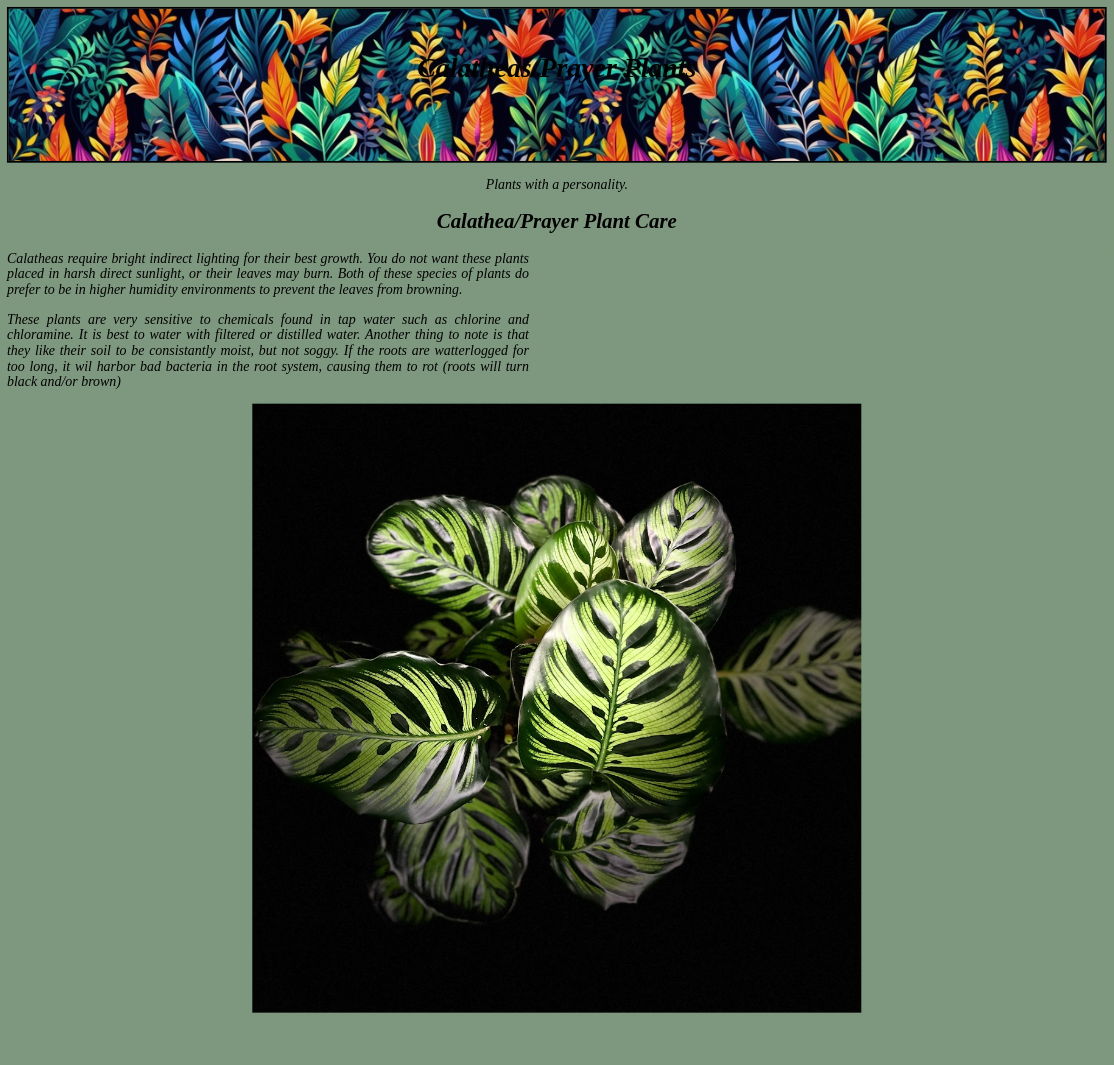
Repository: swillis91/odin-recipies
Page: Planty Page/calatheas.html
These files come from the project's save history. The page is drawn as it stood at one moment and after the next save; the edit follows.
The browser window is 1280 px wide. The pictures show the whole page, at 87% of full size.

Above is the page before, as saved 2023-08-11 00:11:19.

After the next save:
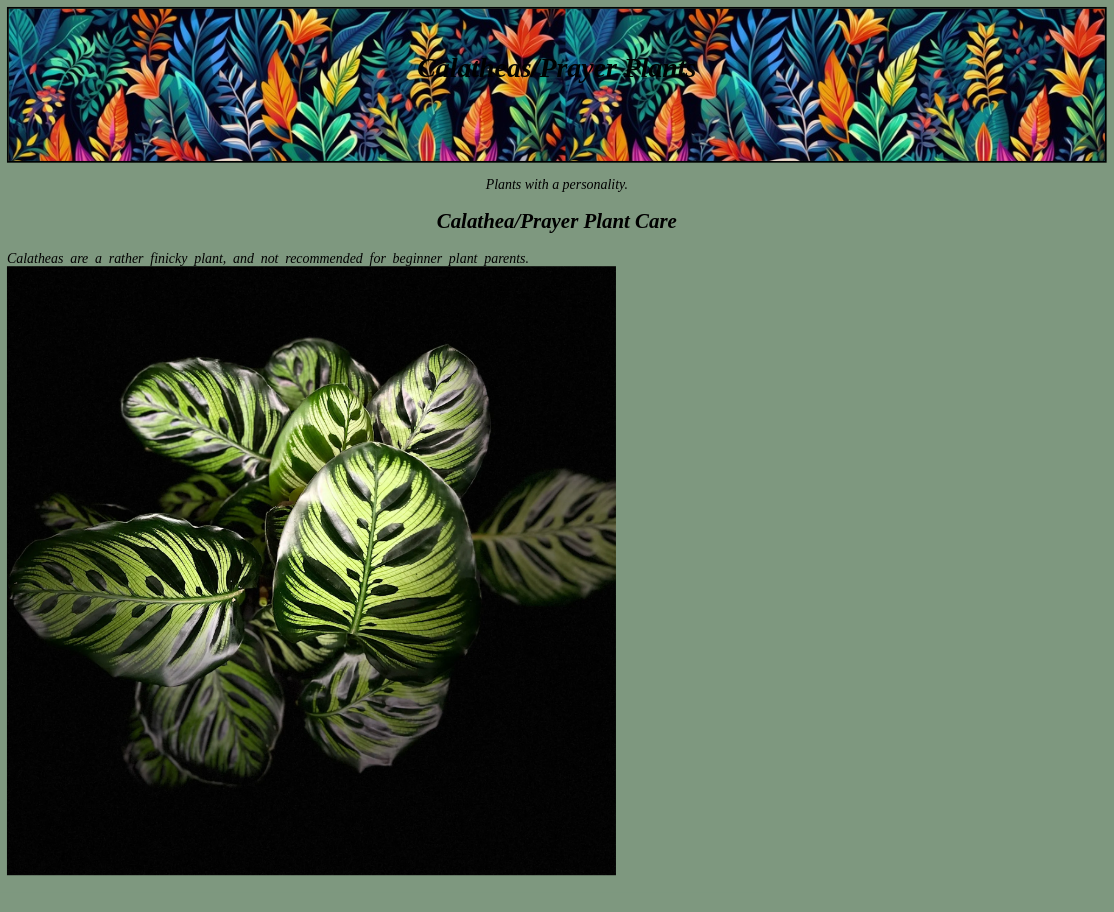
Saved 73 s later.
--- a/Planty Page/calatheas.html
+++ b/Planty Page/calatheas.html
@@ -8,8 +8,7 @@
             <h1 class="heading">Calatheas/Prayer Plants</h1>
               <p>Plants with a personality.</p>
             <h2>Calathea/Prayer Plant Care</h2>
-              <p class="care">Calatheas require bright indirect lighting for their best growth. You do not want these plants placed in harsh direct sunlight, or their leaves may burn. Both of these species of plants do prefer to be in higher humidity environments to prevent the leaves from browning.</p>
-              <p class="care">These plants are very sensitive to chemicals found in tap water such as chlorine and chloramine. It is best to water with filtered or distilled water. Another thing to note is that they like their soil to be consistantly moist, but <em>not</em> soggy. If the roots are watterlogged for too long, it wil harbor bad bacteria in the root system, causing them to rot (roots will turn black  and/or brown)</p>
+              <p class="care">Calatheas are a rather finicky plant, and not recommended for beginner plant parents.
                 <img src="./Images/makoyana.webp" id="calathea makoyana" width="700px">
 
                 </tr>
